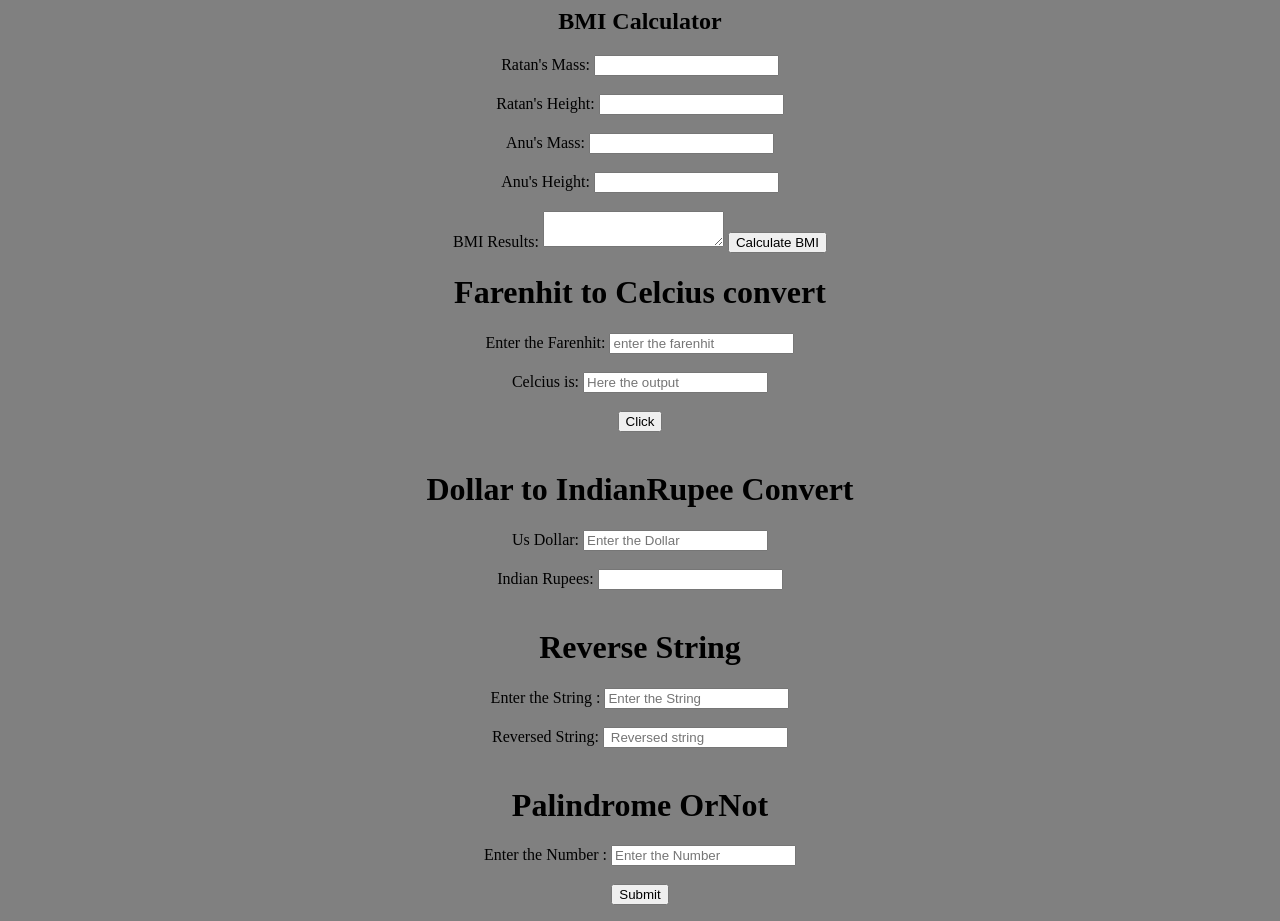
Repository: thatipallyvinod/AdvanceJava
Page: JAVASCRIPT/src/main/webapp/jsp.html
The author's editor kept a copy of each file at every save. The page is drawn from the files as they stood at one save, then again after the next save.
The browser window is 1280 px wide. The pictures show the whole page.

Above is the page before, as saved 2024-03-25 08:26:00.

### JAVASCRIPT/src/main/webapp/jsp.html
 <html>
<head>
<title> JavaScript with HTML</title>
<script type="text/javascript" src="First.js"></script>
</head>
<body style="background-color: gray;  text-align: center;">
<h2>BMI Calculator</h2>
<form id="bmiForm">
    <label for="ratanMass">Ratan's Mass:</label>
    <input type="number" id="ratanMass" name="ratanMass"><br><br>

    <label for="ratanHeight">Ratan's Height:</label>
    <input type="number" id="ratanHeight" name="ratanHeight"><br><br>

    <label for="anuMass">Anu's Mass:</label>
    <input type="number" id="anuMass" name="anuMass"><br><br>

    <label for="anuHeight">Anu's Height:</label>
    <input type="number" id="anuHeight" name="anuHeight"><br><br>

<label for="bmiResults">BMI Results:</label>
<textarea id="bmiResults"  readonly></textarea>
 <button type="button" onclick="calculateBMI()">Calculate BMI</button>
</form>
</body>
</html>



<html>
<head>
<script type="text/javascript" src="First.js"></script>
</head>
<body style="background-color: gray;  text-align: center;">
<h1>Farenhit to Celcius convert</h1>
<form>
<label>Enter the Farenhit:</label>
<input type= "text"  id="farenhitInput"    placeholder="enter the farenhit" required>
<br><br>
<label>Celcius is:</label>
<input type="text" 	id="celciusOutput"		placeholder="Here the output" readonly>
<br><br>
<button type="button" onClick="convertToCelcius()">Click</button>
<br><br>
</form>
</body>
</html>


 <html>
<head>
<script type="text/javascript" src="First.js"></script>
</head>
<body style="background-color: gray;  text-align: center;">
<h1>Dollar to IndianRupee Convert</h1>
<form >
<label>Us Dollar:</label>
<input type="text" id="dollarInput" placeholder="Enter the Dollar"   onInput="convertToINR()"   required>
<br><br>
<label> Indian Rupees:</label>
<input type="text" id="INRoutput"   readonly>
<br><br>
</form>
</body>
</html>


<html>
<head>
<script type="text/javascript" src="First.js"></script>
</head>
<body style="background-color: fuchsia; text-align: center;">
<h1>Reverse String</h1>
<form>
<label>Enter the String :</label>
<input type="text" id="string1Input" placeholder="Enter the String"    onInput="convertToReverse()"    required>
<br><br>
<label>Reversed String:</label>
<input type="text" id="stringOutput" placeholder=" Reversed string"  readonly>
<br><br>
</form>
</body>
</html>


<html>
<head>
<script type="text/javascript" src="First.js"></script>
</head>
<body style="background-color: fuchsia; text-align: center;">
<h1>Palindrome OrNot</h1>
<form>
<label>Enter the Number :</label>
<input type="text" id="NumberInput" placeholder="Enter the Number"      required>
<br><br>
<button type="button"  onclick="convertToPalindrome()">Submit</button>
</form>
</body>
</html>

### JAVASCRIPT/src/main/webapp/First.js
function calculateBMI() {
        var massRatan = parseInt(document.getElementById("ratanMass").value);
        var heightRatan = parseInt(document.getElementById("ratanHeight").value);
        var massAnu = parseInt(document.getElementById("anuMass").value);
        var heightAnu = parseInt(document.getElementById("anuHeight").value);

        var BMIratan = massRatan / (heightRatan * heightRatan);
        var BMIAnu = massAnu / (heightAnu * heightAnu);

        var resultDiv = document.getElementById("result");
        resultDiv.innerHTML = "BMIRatan: " + BMIratan.toFixed(2) + "<br>";
        resultDiv.innerHTML += "BMIAnu: " + BMIAnu.toFixed(2) + "<br>";

        var RatanHigherBMI = BMIratan > BMIAnu;
        resultDiv.innerHTML += "BMIratan is higher than BMIAnu: " + RatanHigherBMI + "<br>";

        for (let num = 1; num <= 100; num++) {
            if (num % 15 === 0) {
                resultDiv.innerHTML += "FizzBuzz JavaScript: " + num + "<br>";
            } else if (num % 3 === 0) {
                resultDiv.innerHTML += "Fizz: " + num + "<br>";
            } else if (num % 5 === 0) {
                resultDiv.innerHTML += "Buzz: " + num + "<br>";
            } else {
                resultDiv.innerHTML += num + "<br>";
            }
        }
    }

function convertToCelcius()
{
	const farenhit=parseFloat(document.getElementById('farenhitInput').value);
	const celcius= farenhit -32 * 5/9;
	document.getElementById('celciusOutput').value=celcius.toFixed(2);
}



function convertToINR() {
	let rate=82.89;
    const dollar = parseFloat(document.getElementById('dollarInput').value);
    const inr = ( dollar) * rate;
    document.getElementById('INRoutput').value = inr.toFixed(2);
}

function convertToReverse()
{
	const InputString=document.getElementById('string1Input').value;
	const ReversedString=InputString.split('').reverse().join('');
	document.getElementById('stringOutput').value=ReversedString;
}

//Convrting Palindrome
function convertToPalindrome()
{

	const number=parseInt(document.getElementById('NumberInput').value);
	let output=number;
	let rem,rev=0;
	while(output>0){
		rem = output % 10;
		rev = rev * 10 + rem;
		output = Math.floor(output / 10);
		}
	if(number=== rev){
		alert("Palindrome");
	}
	else{
		alert("Not Palindrome");
	}


}

After the next save:
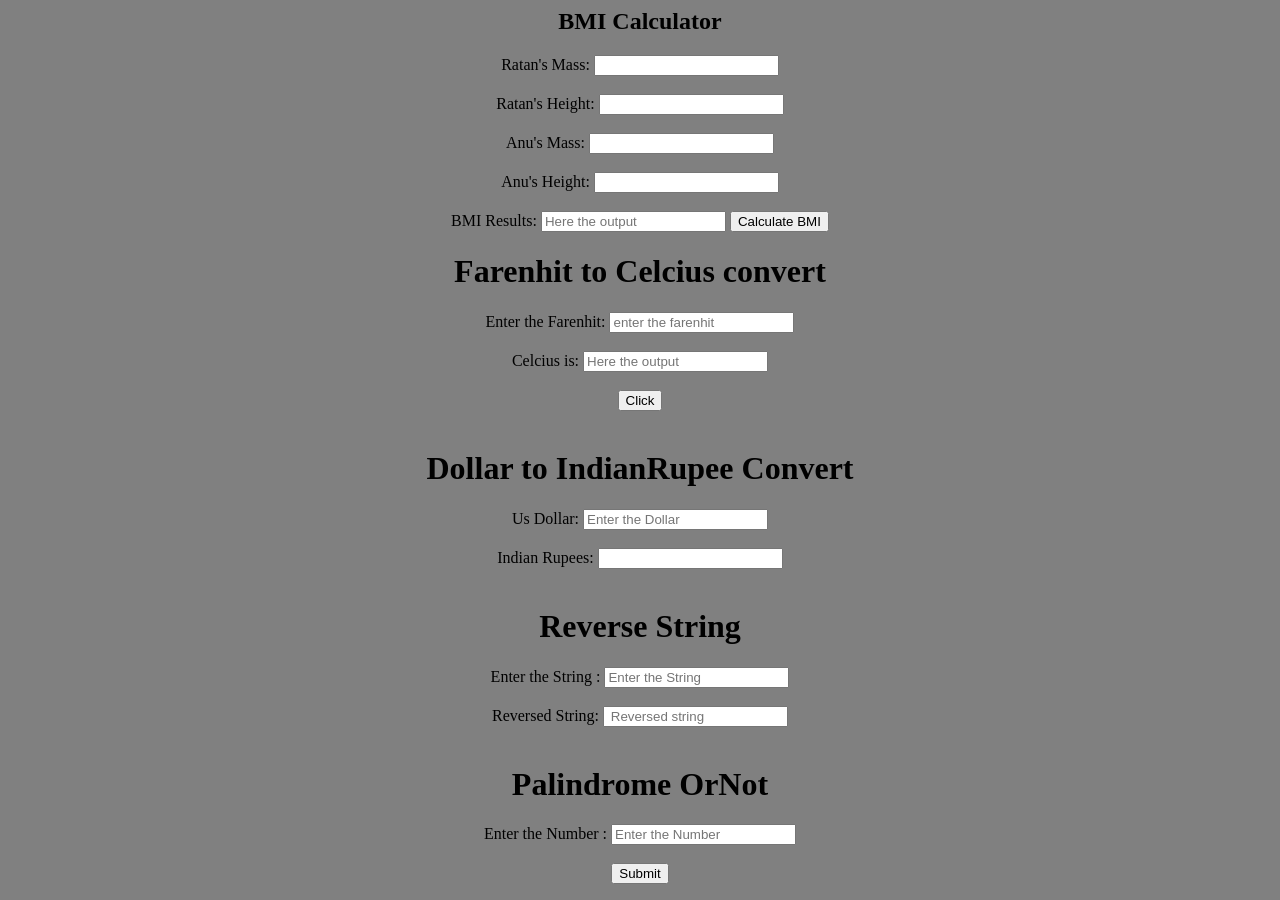
Saved 90 s later.
--- a/JAVASCRIPT/src/main/webapp/jsp.html
+++ b/JAVASCRIPT/src/main/webapp/jsp.html
@@ -19,7 +19,7 @@
     <input type="number" id="anuHeight" name="anuHeight"><br><br>
 
 <label for="bmiResults">BMI Results:</label>
-<textarea id="bmiResults"  readonly></textarea>
+<input type="text" id="bmiResults" placeholder="Here the output" readonly>
  <button type="button" onclick="calculateBMI()">Calculate BMI</button>
 </form>
 </body>
